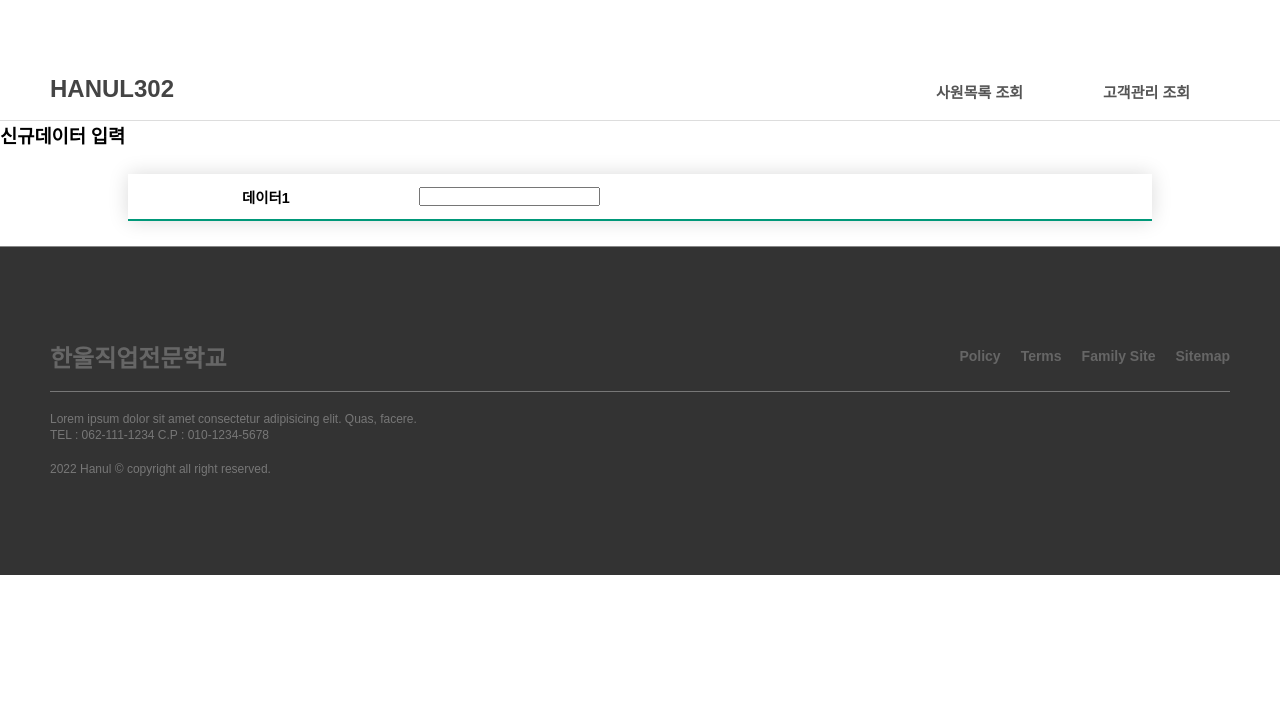
Repository: Xeyeong/servlet
Page: http://localhost/05.MiniProject/test/new.jsp
The author's editor kept a copy of each file at every save. The page is drawn from the files as they stood at one save, then again after the next save.
The browser window is 1280 px wide. The pictures show the whole page.
Some web libraries are served in a nearby version. The page is served by Tomcat 9.

Above is the page before, as saved 2022-09-16 02:55:15.

After the next save:
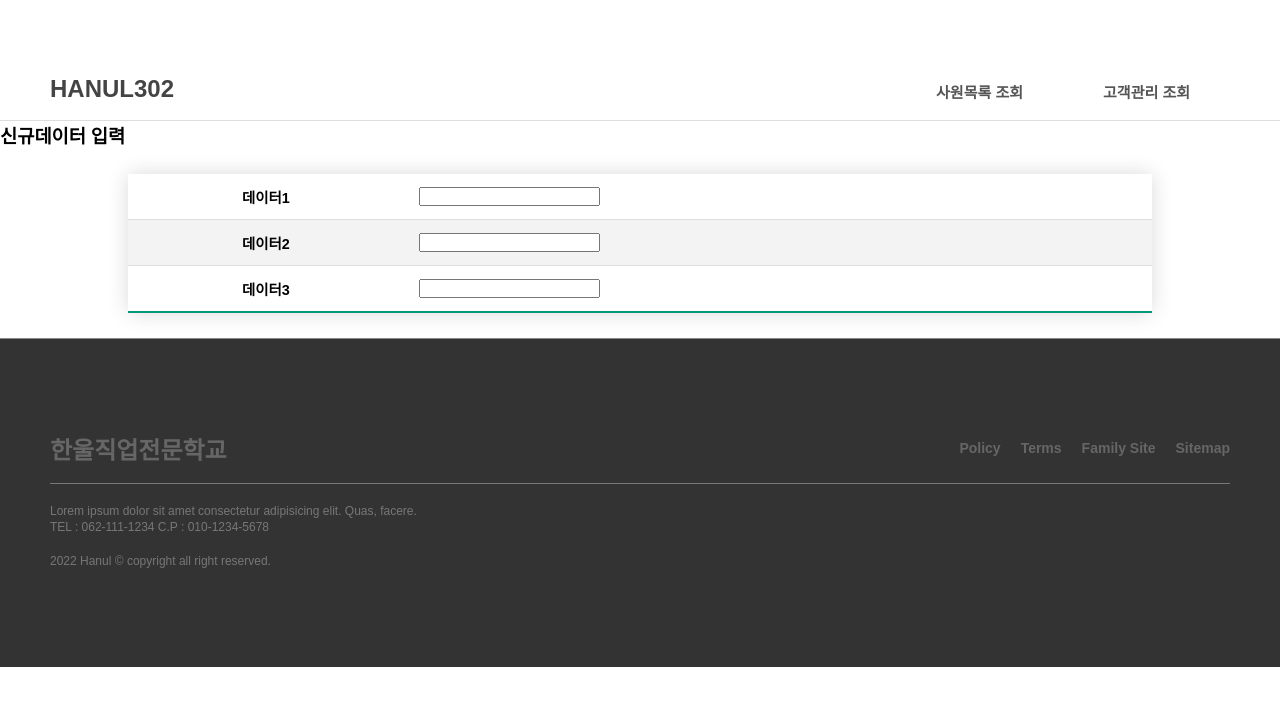
Saved 55 s later.
--- a/05.MiniProject/src/main/webapp/test/new.jsp
+++ b/05.MiniProject/src/main/webapp/test/new.jsp
@@ -17,6 +17,14 @@
 			<th>데이터1</th>
 			<td><input type="text" /></td>
 		</tr>
+		<tr>
+			<th>데이터2</th>
+			<td><input type="text" /></td>
+		</tr>
+		<tr>
+			<th>데이터3</th>
+			<td><input type="text" /></td>
+		</tr>
 	</table>
 
 <%@ include file="/include/footer.jsp"%>
